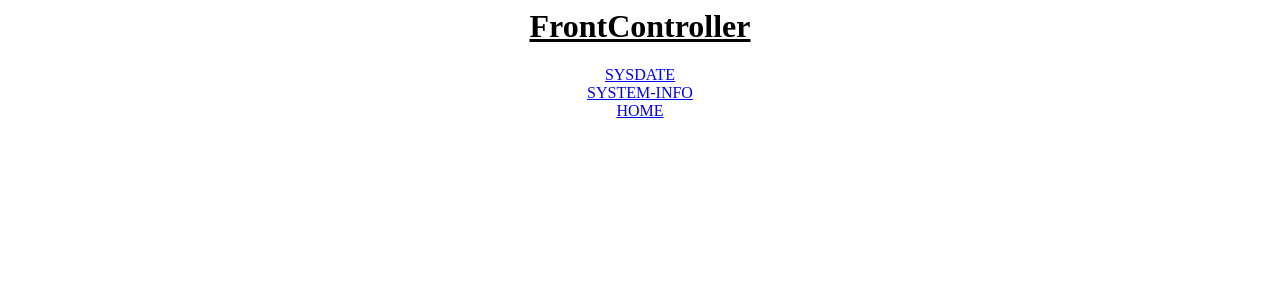
Repository: MDWASIMHAIDER/SpringMvc
Page: Ntsp711/MVC-Proj-1st-FrontController-Handler/WebContent/Index.html
An editor plug-in stored every save of this project. The page is shown before and after the next save, followed by the edit.
The browser window is 1280 px wide. The pictures show the whole page.

Above is the page before, as saved 2019-06-30 11:51:45.

### Ntsp711/MVC-Proj-1st-FrontController-Handler/WebContent/Index.html
<h1 style="color:grenn;text-align:center"><u>FrontController</u></h1>
<div align="center">
<a href="SytemDate.jsp">SYSDATE</a><br>
<a href="SystemInfo.jsp">SYSTEM-INFO</a><br>
<a href="Index.html">HOME</a>
</div>

After the next save:
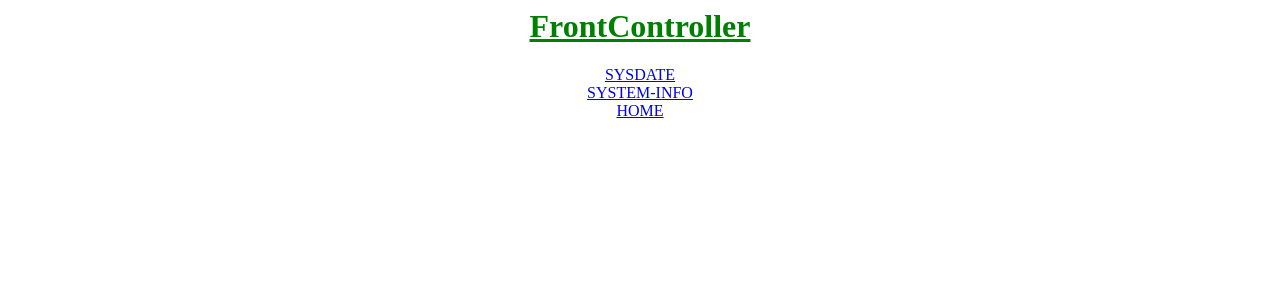
Saved 5 s later.
--- a/Ntsp711/MVC-Proj-1st-FrontController-Handler/WebContent/Index.html
+++ b/Ntsp711/MVC-Proj-1st-FrontController-Handler/WebContent/Index.html
@@ -1,4 +1,4 @@
-<h1 style="color:grenn;text-align:center"><u>FrontController</u></h1>
+<h1 style="color:green;text-align:center"><u>FrontController</u></h1>
 <div align="center">
 <a href="SytemDate.jsp">SYSDATE</a><br>
 <a href="SystemInfo.jsp">SYSTEM-INFO</a><br>
